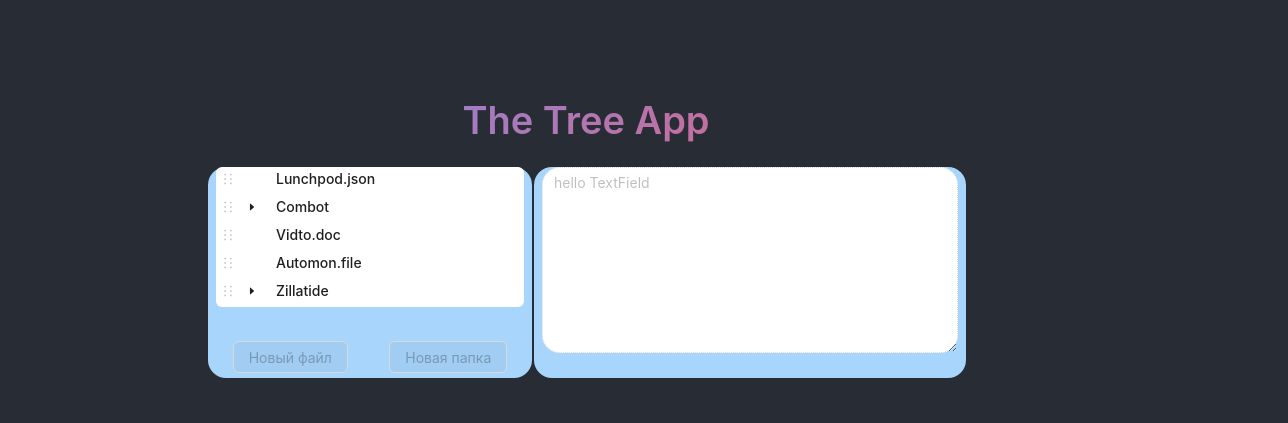
Repository: technasan/filetree
Page: / (app in my-app/)
An editor plug-in stored every save of this project. The page is shown before and after the next save, followed by the edit.
The browser window is 1280 px wide. The page is 1288 px wide, so the pictures cover 1288 px, including what lies to the right of the window. The pictures show the whole page.
The project was rebuilt for these pictures with package versions that can differ from the ones it lists, and the page was loaded fresh each time. Also part of the build but not shown: my-app/src/index.css, my-app/src/helpers.js.

Above is the page before, as saved 2023-11-10 11:10:47.

After the next save:
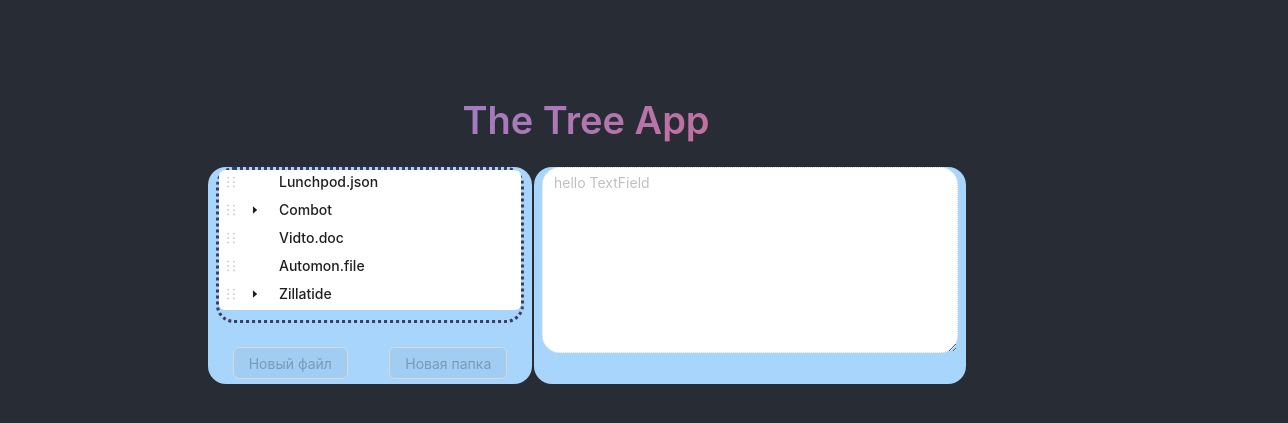
Saved 37 s later.
--- a/my-app/src/App.js
+++ b/my-app/src/App.js
@@ -59,7 +59,7 @@
 				<FileContext.Provider value={{ filedata, setFiledata }}>
 					<Col span={6} offset={4} className='block-bg'>
 						<Flex vertical='true' justify='space-between'>
-							<div className='h-tree'>
+							<div className='h-tree text-field'>
 								<TreeFiles appData={treedata} filedata={filedata} />
 							</div>
 							<br />

After the 5 saves that followed:
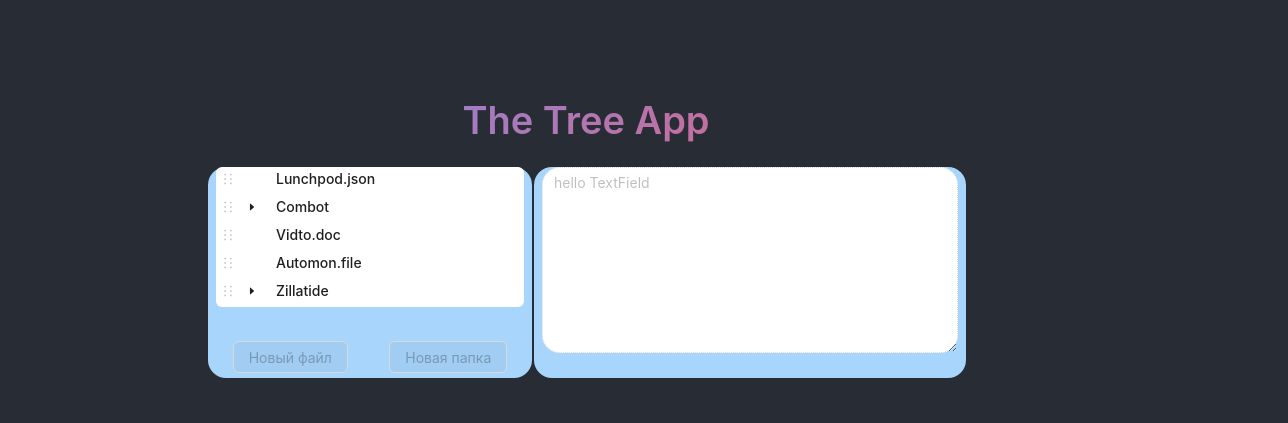
The 5 saves are shown as one change because 4 left the picture as it was.
The last was saved 111 s later.
--- a/my-app/src/App.js
+++ b/my-app/src/App.js
@@ -59,8 +59,8 @@
 				<FileContext.Provider value={{ filedata, setFiledata }}>
 					<Col span={6} offset={4} className='block-bg'>
 						<Flex vertical='true' justify='space-between'>
-							<div className='h-tree text-field'>
-								<TreeFiles appData={treedata} filedata={filedata} />
+							<div className='h-tree'>
+								<TreeFiles appData={treedata} filedata={filedata} className='text-field' />
 							</div>
 							<br />
 							<Controls />
